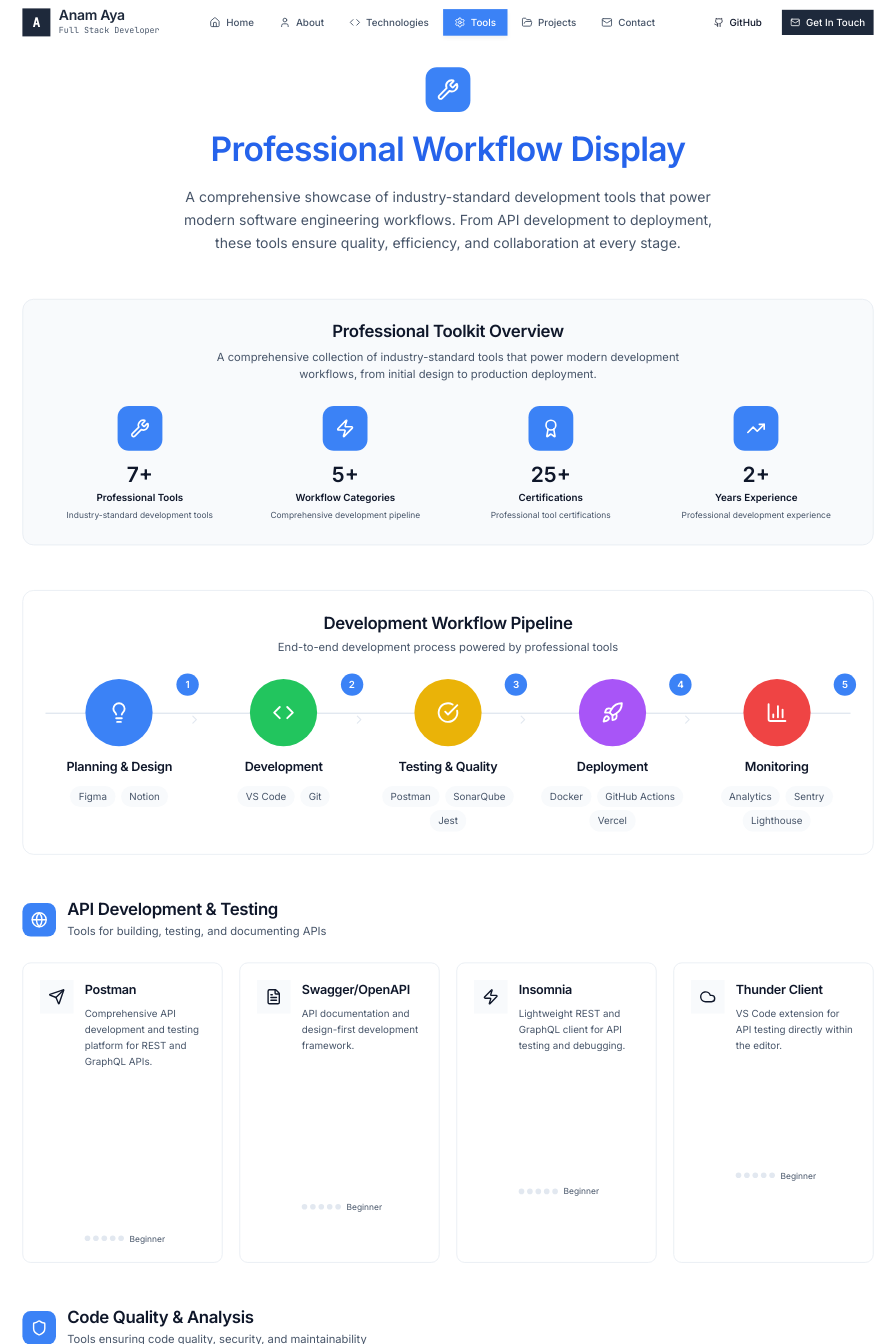
Repository: ayaaas/portflio_aya
Page: /tools-professional-workflow-display
The author's editor kept a copy of each file at every save. The page is drawn from the files as they stood at one save, then again after the next save.
The browser window is 1280 px wide. The pictures show the part of the page from y = 0 to 1920 px (the page is 4658 px tall), at 70% of full size.
The project was rebuilt for these pictures with package versions that can differ from the ones it lists, and the page was loaded fresh each time. Also part of the build but not shown: vite.config.mjs, src/components/ErrorBoundary.jsx, src/components/AppImage.jsx, src/pages/hero-section-developer-portfolio/components/ProfileImage.jsx, src/pages/hero-section-developer-portfolio/components/AnimatedText.jsx, src/pages/hero-section-developer-portfolio/components/HeroContent.jsx, src/pages/hero-section-developer-portfolio/components/BackgroundPattern.jsx, src/pages/hero-section-developer-portfolio/components/ScrollIndicator.jsx and 24 more.

Above is the page before, as saved 2025-07-19 00:19:34.

After the next save:
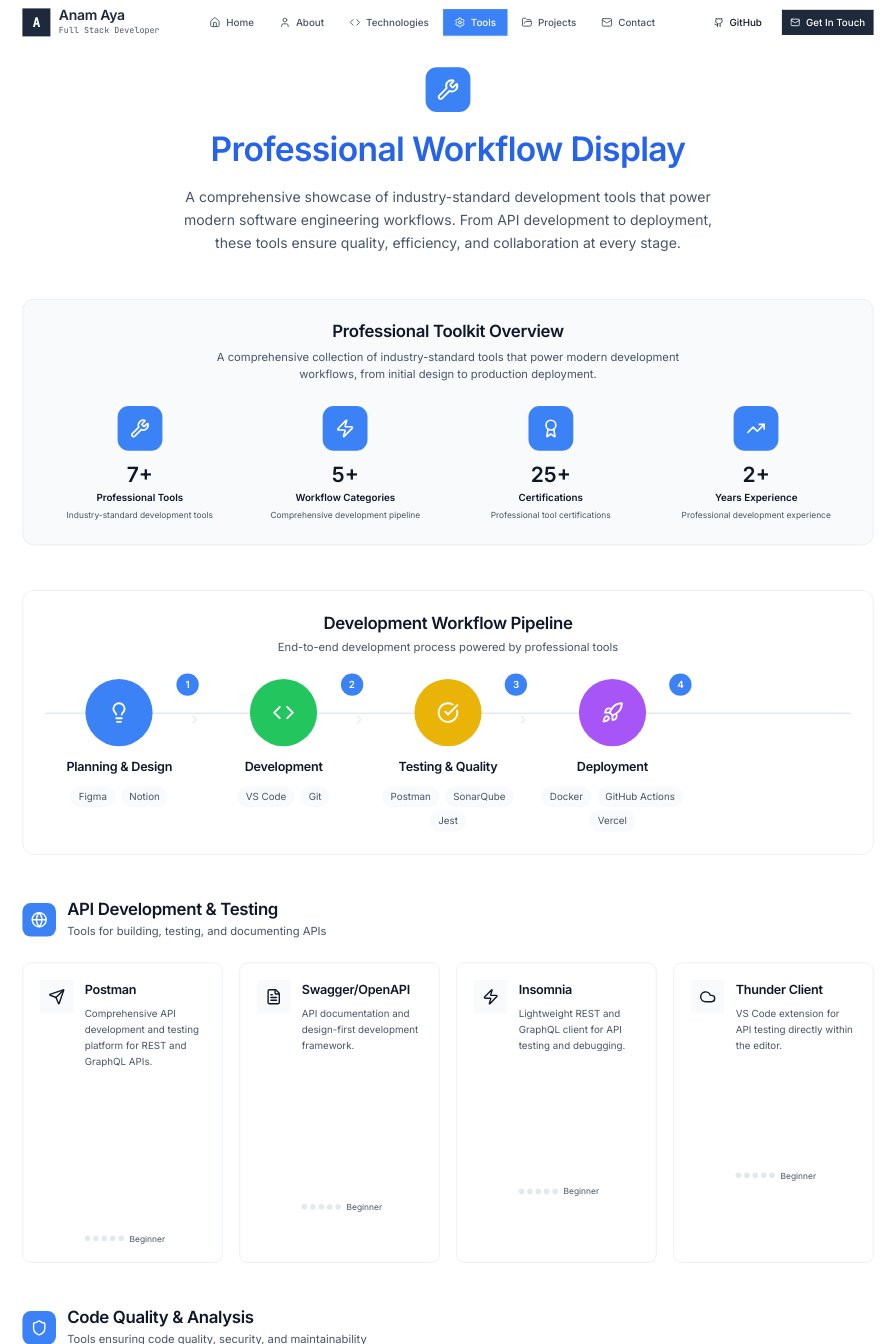
Saved 32 s later.
--- a/src/pages/tools-professional-workflow-display/components/WorkflowVisualization.jsx
+++ b/src/pages/tools-professional-workflow-display/components/WorkflowVisualization.jsx
@@ -31,13 +31,7 @@ const WorkflowVisualization = () => {
       icon: "Rocket",
       color: "bg-purple-500"
     },
-    {
-      id: 5,
-      phase: "Monitoring",
-      tools: ["Analytics", "Sentry", "Lighthouse"],
-      icon: "BarChart3",
-      color: "bg-red-500"
-    }
+
   ];
 
   return (
